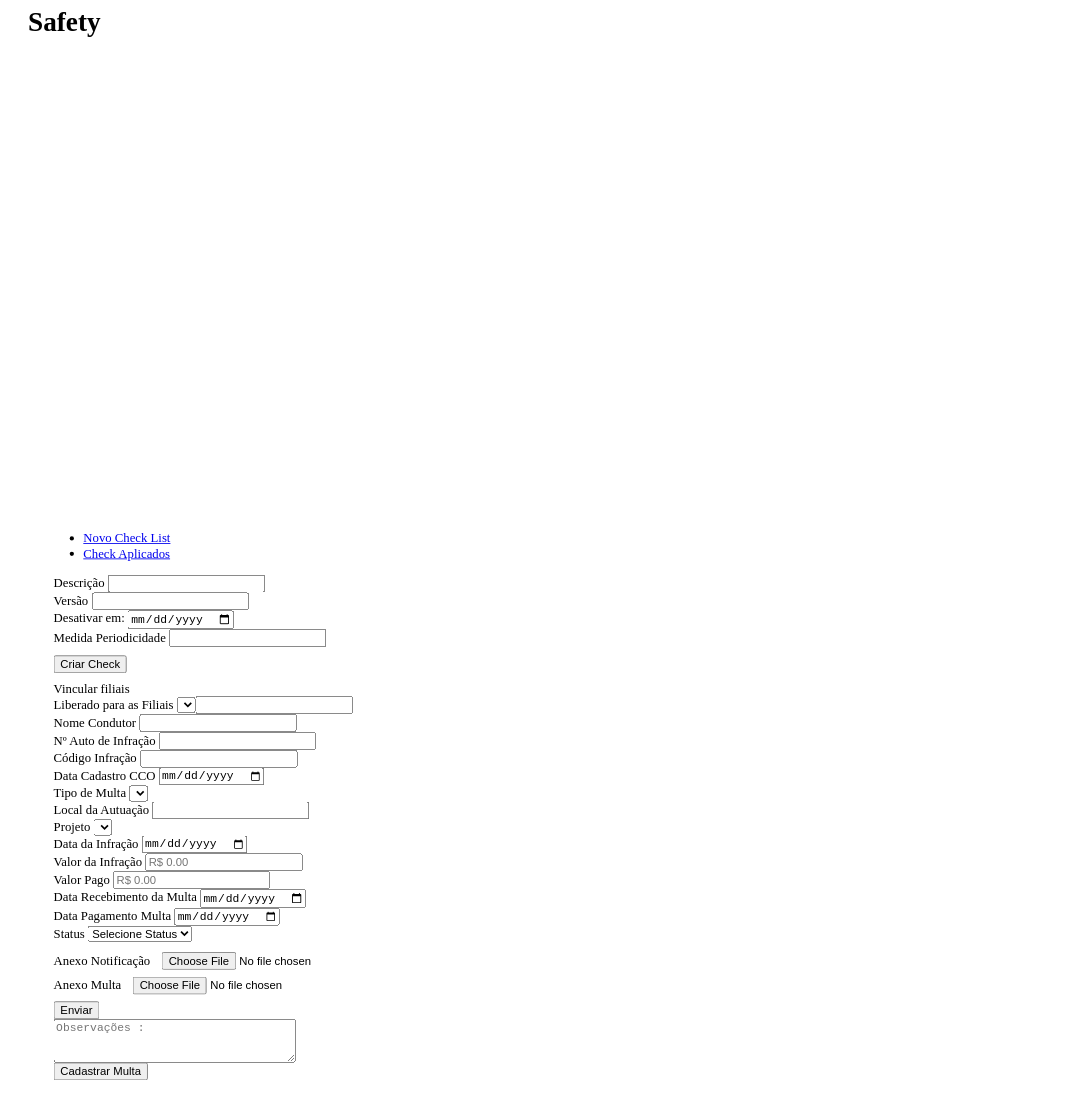
Repository: Conlog-SA/portal_operacional
Page: apps/safety_layout_checklist_app/templates/safety_layout_checklist_app/form_cad_layout_checklist.html
An editor plug-in stored every save of this project. The page is shown before and after the next save, followed by the edit.
The browser window is 1280 px wide. The pictures show the whole page, at 85% of full size.
The template is drawn by Django 3.2. The application's start-up code is not run. The template is opened directly, without the code that normally fills it, so the values that code supplies are empty.

Above is the page before, as saved 2023-11-14 15:54:24.

After the next save:
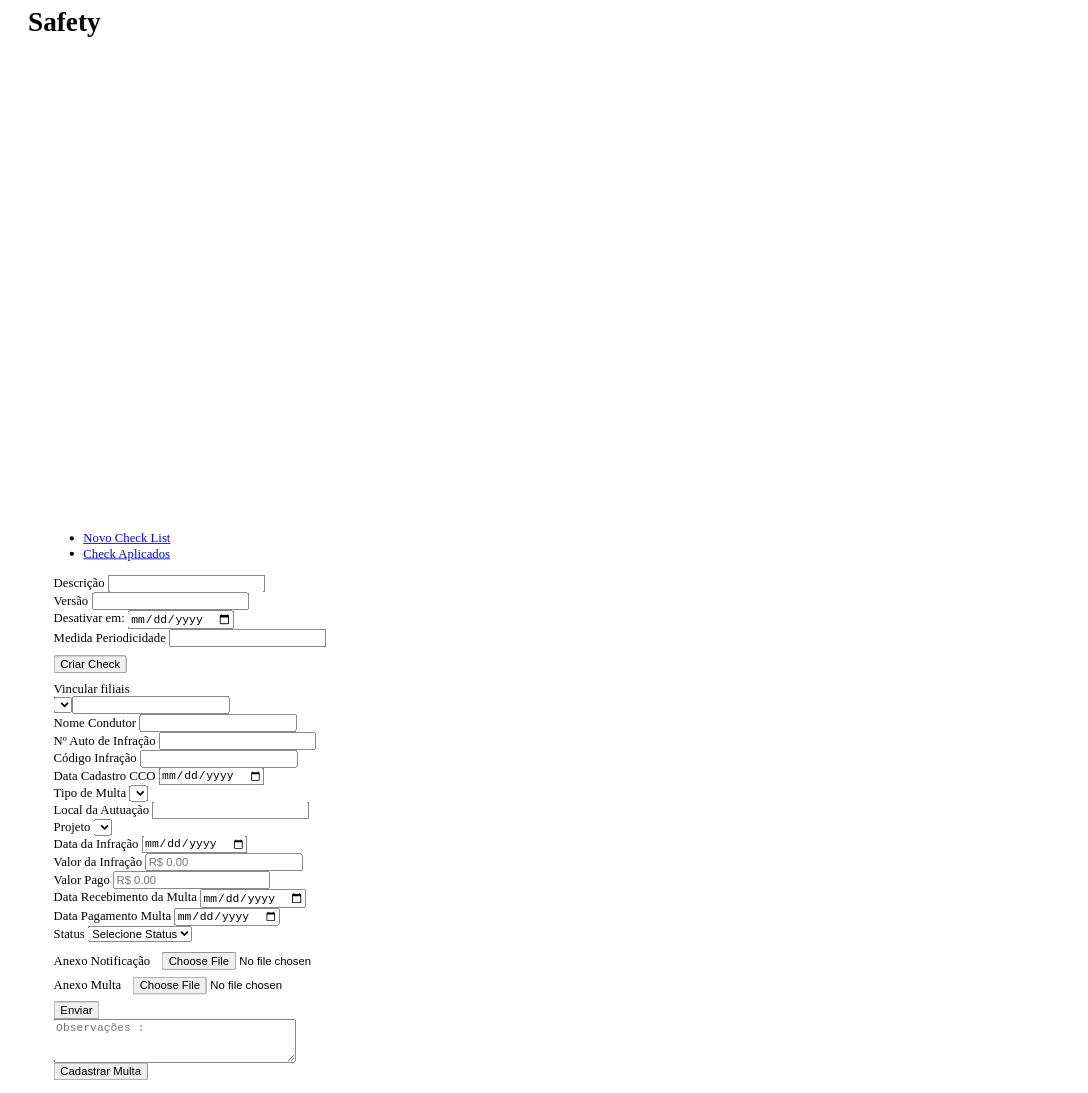
Saved 51 s later.
--- a/apps/safety_layout_checklist_app/templates/safety_layout_checklist_app/form_cad_layout_checklist.html
+++ b/apps/safety_layout_checklist_app/templates/safety_layout_checklist_app/form_cad_layout_checklist.html
@@ -67,7 +67,6 @@
                         <label for="vincular filiais">Vincular filiais</label>
                      </div>
                      <div class="form-group col-sm-12">
-                        <label for="liberacao_filiais">Liberado para as Filiais</label>
                         <select name="liberacao_filiais" class="form-control" id="liberacao_filiais">
                      </div>
                      <div class="form-group col-sm-12 d-flex justify-content-end" style="margin-top:10px">
